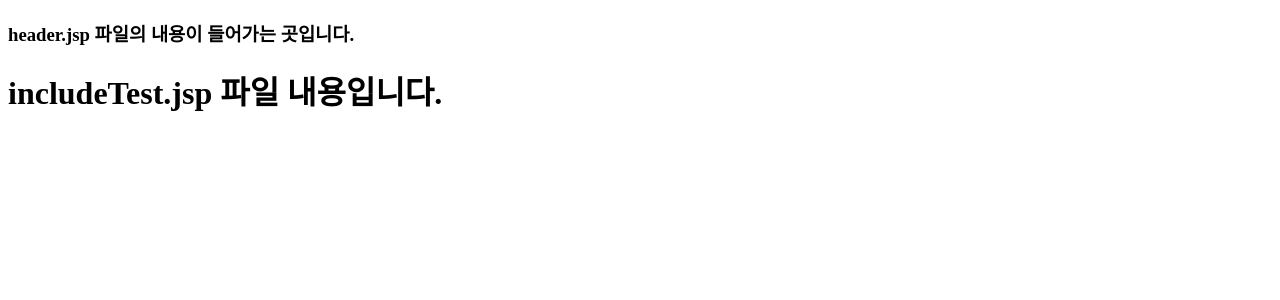
Repository: nameisris/jsp_workspace
Page: http://localhost/JspExam/includeTest.jsp
These files come from the project's save history. The page is drawn as it stood at one moment and after a run of saves; the edit follows.
The browser window is 1280 px wide. The pictures show the whole page.
The page is served by Tomcat 9.

Above is the page before, as saved 2023-09-19 06:31:34.

After the next 2 saves:
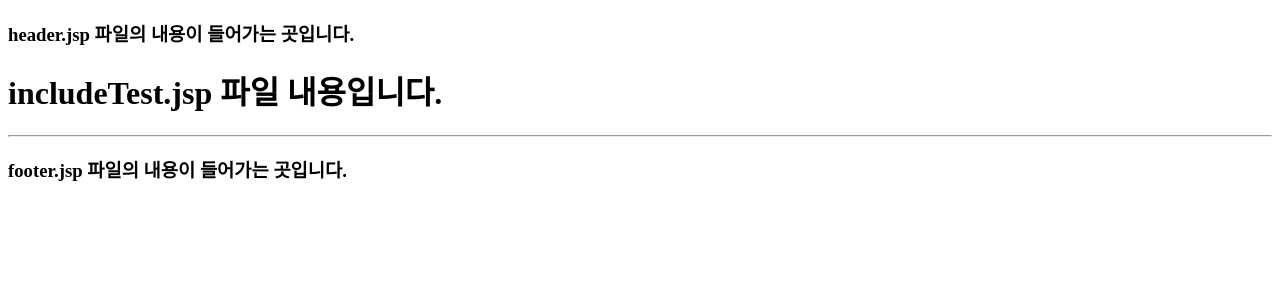
The 2 saves are shown as one change because 1 did not build or start.
The last was saved 45 s later.
--- a/JspExam/src/main/webapp/includeTest.jsp
+++ b/JspExam/src/main/webapp/includeTest.jsp
@@ -9,5 +9,6 @@
 <body>
 	<%@ include file="header.jsp" %>
 	<h1>includeTest.jsp 파일 내용입니다.</h1>
+	<%@ include file="footer.jsp" %>
 </body>
 </html>
